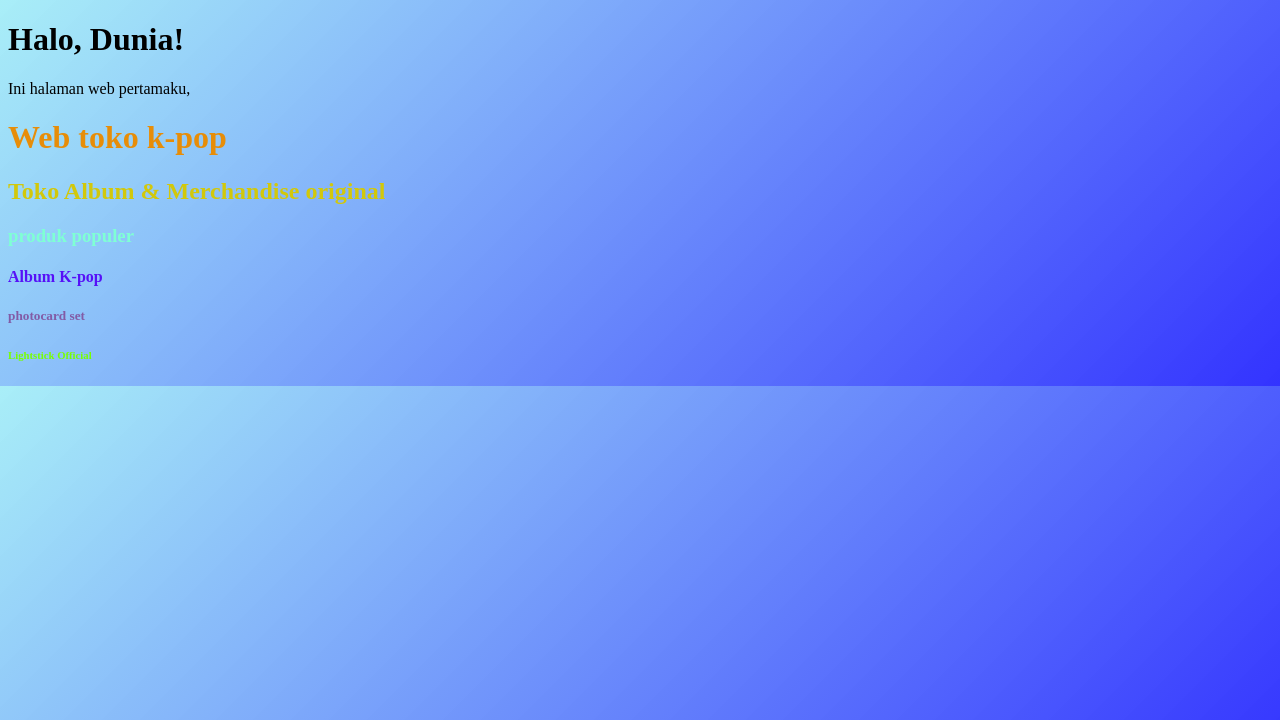
Repository: sekartazivi/241552010020-Web-Application-Development
Page: test.html
These files come from the project's save history. The page is drawn as it stood at one moment and after the next save; the edit follows.
The browser window is 1280 px wide. The pictures show the whole page.

Above is the page before, as saved 2026-02-20 08:53:28.

### test.html
<!DOCTYPE html>
<html lang="en">
<head>
    <meta charset="UTF-8">
    <meta name="viewport" content="width=device-width, initial-scale=<,>">
    <title> web toko kpop</title>

    <style>
         body {
            background: linear-gradient(135deg, #97ebf6d3, #3333ff);
        }
    </style>

</head>
<body>
    <h1 style="color: black;">Halo, Dunia!</h1>
    <p>Ini halaman web pertamaku,</p>
    <h1 style="color: rgb(231, 141, 8);">Web toko k-pop</h1>
    <h2 style="color: rgb(210, 200, 11);">Toko Album & Merchandise original</h2>
    <h3 style="color: aquamarine;" >produk populer</h3>
    <h4 style="color: rgb(86, 16, 247);" >Album K-pop</h4>
    <h5 style="color: rgb(130, 91, 166);">photocard set</h5>
    <h6 style="color: rgb(119, 255, 0);">Lightstick Official</h6>
</body>
</html>

After the next save:
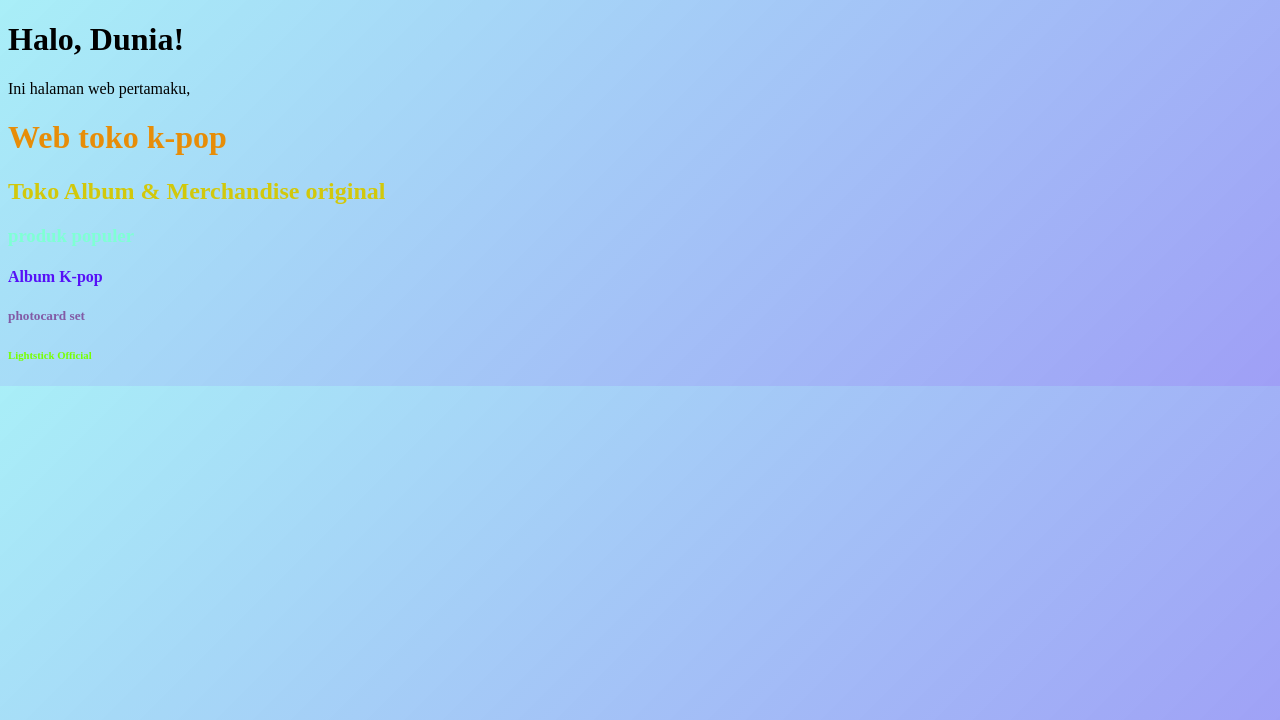
Saved 38 s later.
--- a/test.html
+++ b/test.html
@@ -7,7 +7,7 @@
 
     <style>
          body {
-            background: linear-gradient(135deg, #97ebf6d3, #3333ff);
+            background: linear-gradient(135deg, #97ebf6d3, #9f9ff6);
         }
     </style>
 
